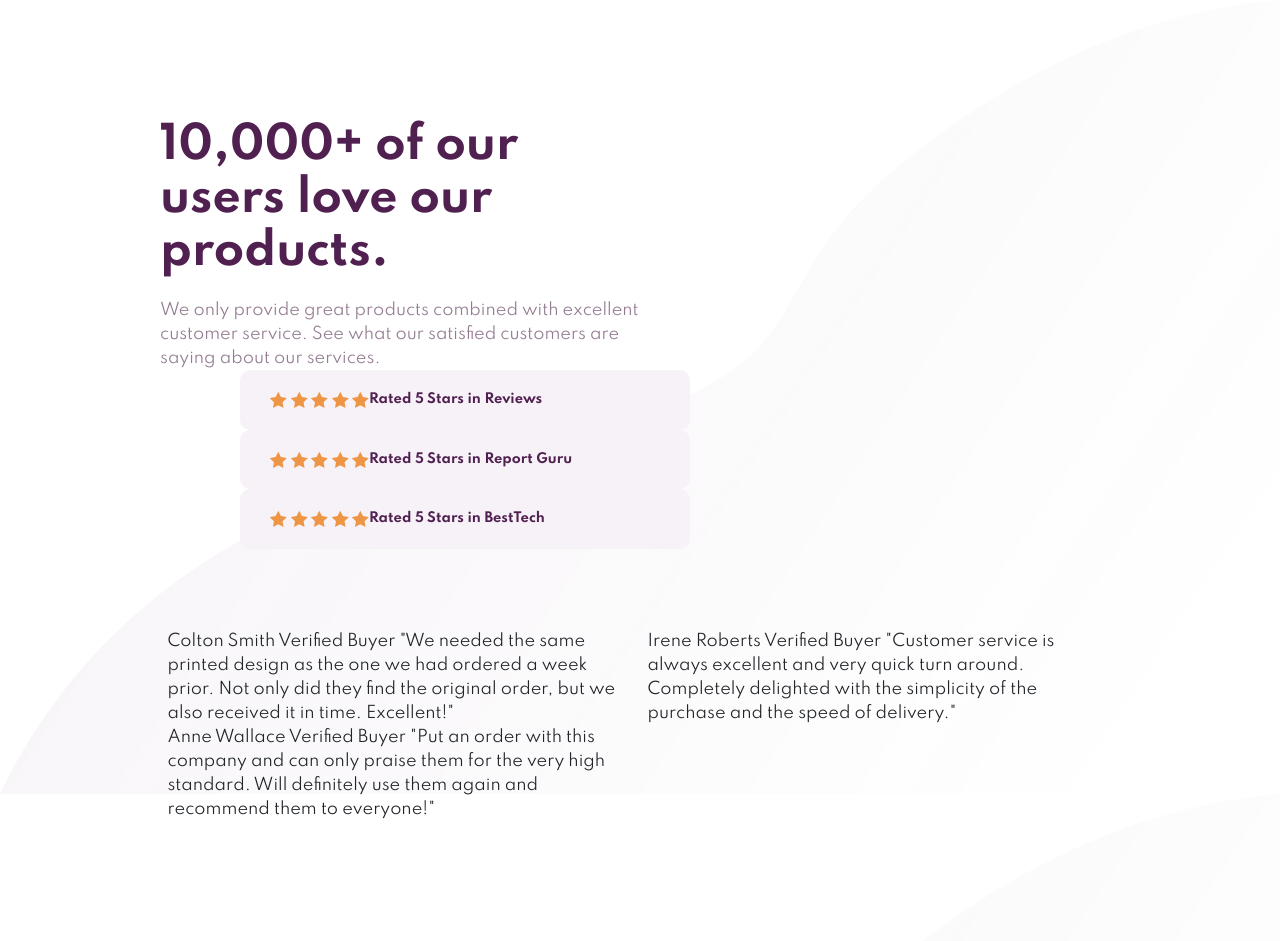
Repository: metehankasapp/social-proof-section-master
Page: index.html
An editor plug-in stored every save of this project. The page is shown before and after the next save, followed by the edit.
The browser window is 1280 px wide. The pictures show the whole page.
Some web libraries are served in a nearby version.

Above is the page before, as saved 2021-12-05 08:13:41.

After the next save:
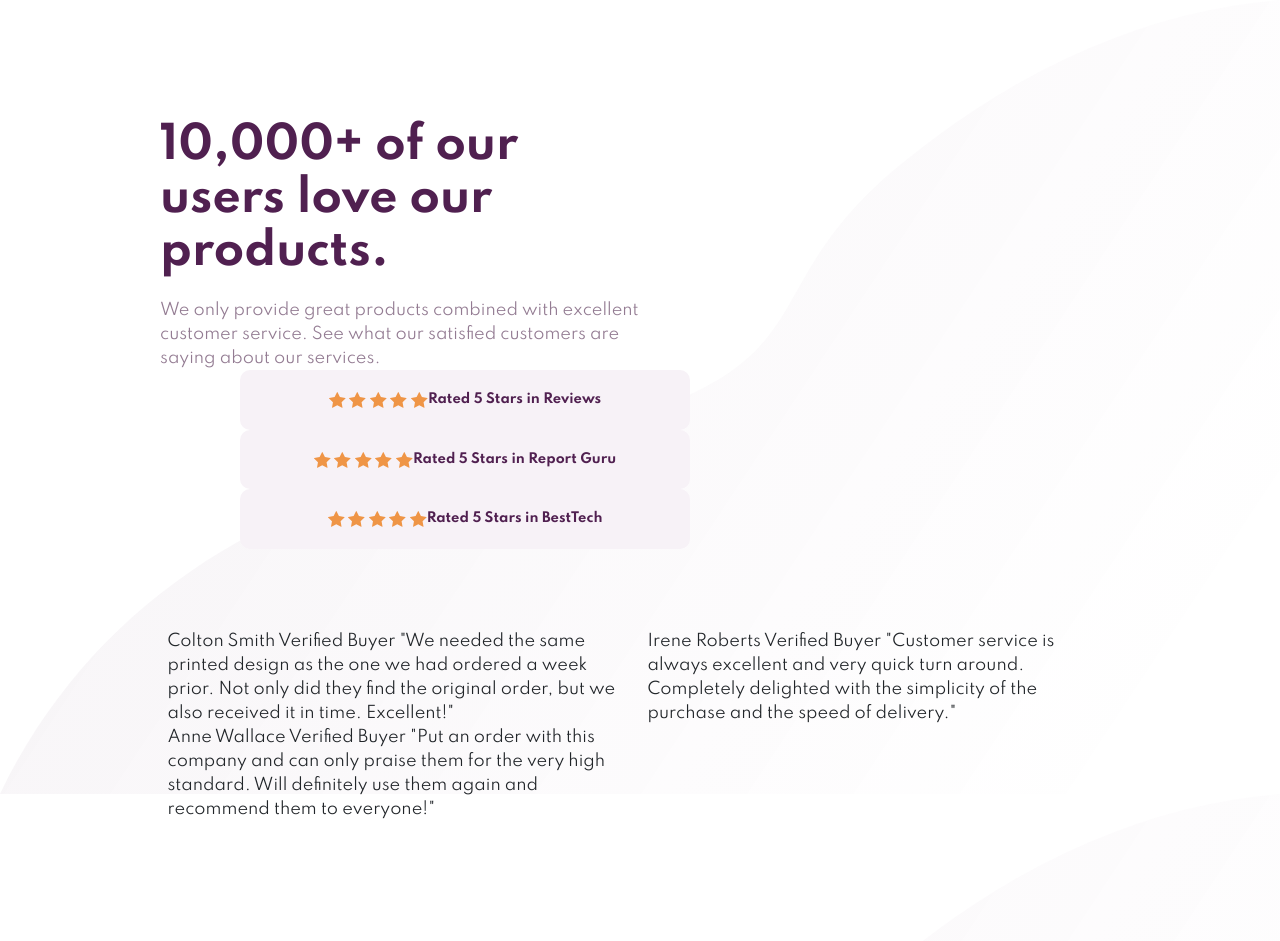
Saved 7 s later.
--- a/style.css
+++ b/style.css
@@ -51,7 +51,7 @@
     border-radius: 10px;
     width: 450px;
     display: flex;
-    justify-content: baseline;
+    justify-content: center;
     align-items: center;
 }
 

After the 2 saves that followed:
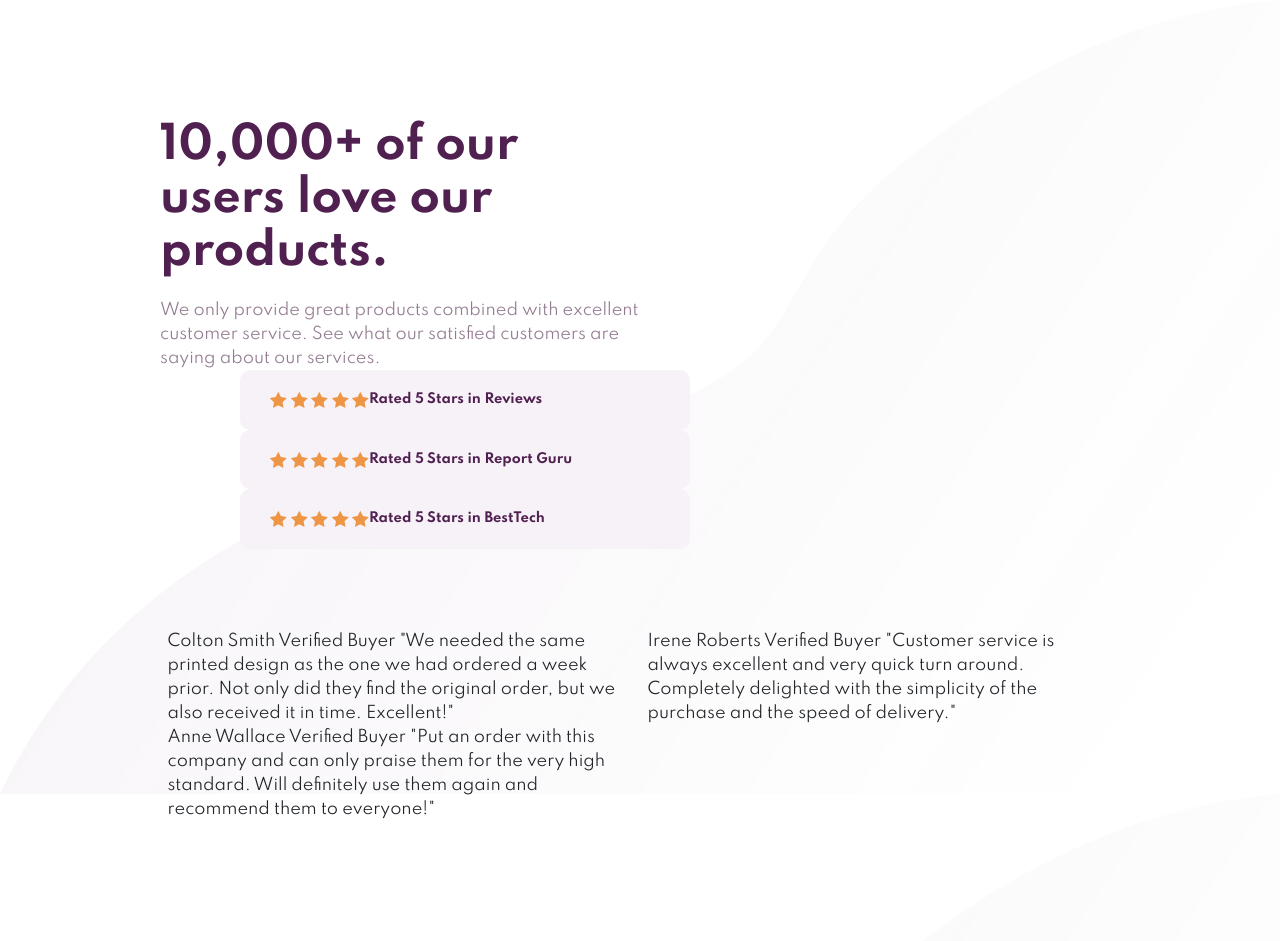
The 2 saves are shown as one change because 1 left the picture as it was.
The last was saved 15 s later.
--- a/style.css
+++ b/style.css
@@ -51,8 +51,8 @@
     border-radius: 10px;
     width: 450px;
     display: flex;
-    justify-content: center;
-    align-items: center;
+    justify-content: baseline;
+    align-items: baseline;
 }
 
 .rate-container:nth-child(2){
